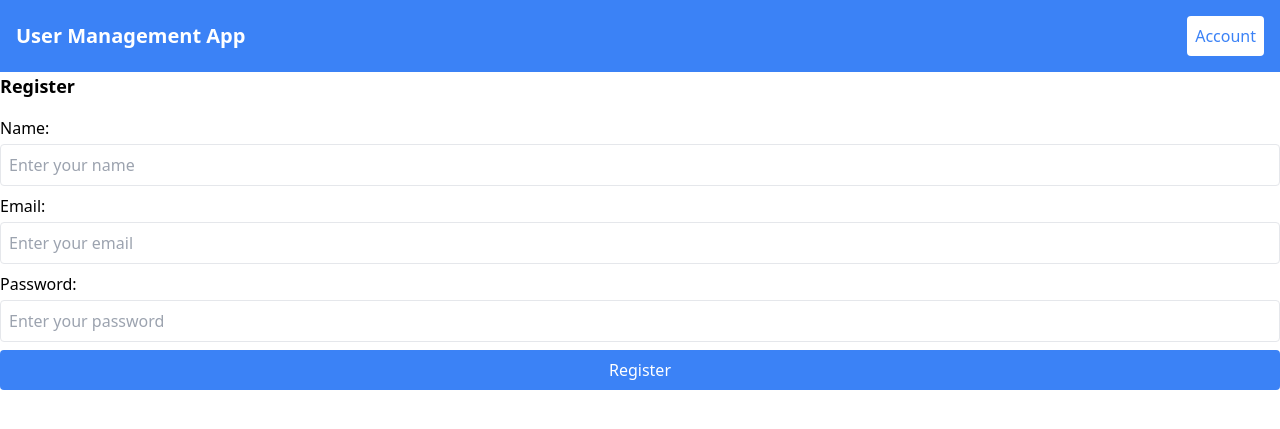
Repository: Ousman37/user-management-app
Page: /register (app in user-management-frontend/)
An editor plug-in stored every save of this project. The page is shown before and after a run of saves, followed by the edit.
The browser window is 1280 px wide. The pictures show the whole page.
The project was rebuilt for these pictures with package versions that can differ from the ones it lists, and the page was loaded fresh each time. Also part of the build but not shown: user-management-frontend/webpack.config.js, user-management-frontend/src/components/ProtectedPage.jsx, user-management-frontend/src/components/form/Login.jsx, user-management-frontend/src/components/LoginRegisterModal.jsx.

Above is the page before, as saved 2024-08-25 11:23:59.

### user-management-frontend/src/App.js
import React from "react";
import { Routes, Route } from "react-router-dom";
import Register from "./components/form/Register";
import ProtectedPage from "./components/ProtectedPage";
import Navbar from "./components/navigation/Navbar";

function App() {
  return (
    <>
      <Navbar />
      <Routes>
        <Route path="/register" element={<Register />} />
        <Route path="/protected" element={<ProtectedPage />} />
      </Routes>
    </>
  );
}

export default App;

### user-management-frontend/src/components/form/Register.jsx
import React, { useState } from "react";
import { useNavigate } from "react-router-dom";
import axios from "axios";

function Register({ onClose }) {
  const [name, setName] = useState("");
  const [email, setEmail] = useState("");
  const [password, setPassword] = useState("");
  const [error, setError] = useState("");
  const navigate = useNavigate();

  const handleSubmit = async (e) => {
    e.preventDefault();
    try {
      await axios.post("http://localhost:9000/api/register", {
        name,
        email,
        password,
      });
      navigate("/login");
      onClose(); // Close the modal on successful registration
    } catch (error) {
      setError("Error in registration");
    }
  };

  return (
    <div>
      <h2 className="text-lg font-bold mb-4">Register</h2>
      <form onSubmit={handleSubmit}>
        <label htmlFor="name" className="block font-medium mb-1">
          Name:
        </label>
        <input
          type="text"
          id="name"
          placeholder="Enter your name"
          value={name}
          onChange={(e) => setName(e.target.value)}
          className="block border rounded p-2 mb-2 w-full"
        />
        <label htmlFor="email" className="block font-medium mb-1">
          Email:
        </label>
        <input
          type="email"
          id="email"
          placeholder="Enter your email"
          value={email}
          onChange={(e) => setEmail(e.target.value)}
          className="block border rounded p-2 mb-2 w-full"
        />
        <label htmlFor="password" className="block font-medium mb-1">
          Password:
        </label>
        <input
          type="password"
          id="password"
          placeholder="Enter your password"
          value={password}
          onChange={(e) => setPassword(e.target.value)}
          className="block border rounded p-2 mb-2 w-full"
        />
        {error && <p className="text-red-500">{error}</p>}
        <button
          type="submit"
          className="bg-blue-500 text-white p-2 rounded w-full"
        >
          Register
        </button>
      </form>
    </div>
  );
}

export default Register;

### user-management-frontend/src/components/navigation/Navbar.jsx
import React, { useState } from "react";
import LoginRegisterModal from "../LoginRegisterModal";

function Navbar() {
  const [showModal, setShowModal] = useState(false);
  const [modalContent, setModalContent] = useState("login");

  const openModal = () => {
    setModalContent("login"); // Default to login when opening
    setShowModal(true);
  };

  const closeModal = () => {
    setShowModal(false);
  };

  return (
    <nav className="bg-blue-500 p-4">
      <div className="container mx-auto flex justify-between items-center">
        <div className="text-white font-bold text-xl">User Management App</div>
        <button
          onClick={openModal}
          className="bg-white text-blue-500 p-2 rounded"
        >
          Account
        </button>
      </div>
      {showModal && (
        <LoginRegisterModal
          content={modalContent}
          onClose={closeModal}
          onSwitch={setModalContent}
        />
      )}
    </nav>
  );
}

export default Navbar;
// import React, { useState } from "react";
// import LoginRegisterModal from "../LoginRegisterModal";
// import { Link } from "react-router-dom";

// function Navbar() {
//   const [showModal, setShowModal] = useState(false);
//   const [modalContent, setModalContent] = useState("login");

//   const openModal = (content) => {
//     setModalContent(content);
//     setShowModal(true);
//   };

//   const closeModal = () => {
//     setShowModal(false);
//   };

//   return (
//     <nav className="bg-blue-500 p-4">
//       <div className="container mx-auto flex justify-between items-center">
//         <div className="text-white font-bold text-xl">User Management App</div>
//         <div className="space-x-4 flex items-center">
//           <Link to="/protected" className="text-white">
//             Protected
//           </Link>
//           <button
//             onClick={() => openModal("login")}
//             className="bg-white text-blue-500 p-2 rounded"
//           >
//             Login
//           </button>
//           <button
//             onClick={() => openModal("register")}
//             className="bg-white text-blue-500 p-2 rounded"
//           >
//             Register
//           </button>
//         </div>
//       </div>
//       {showModal && (
//         <LoginRegisterModal
//           content={modalContent}
//           onClose={closeModal}
//           onSwitch={setModalContent}
//         />
//       )}
//     </nav>
//   );
// }

// export default Navbar;

Loaded but not shown: user-management-frontend/public/index.html (common file); user-management-frontend/src/index.js (common file); user-management-frontend/src/index.css (common file); user-management-frontend/tailwind.config.js (common file)

After the next 2 saves:
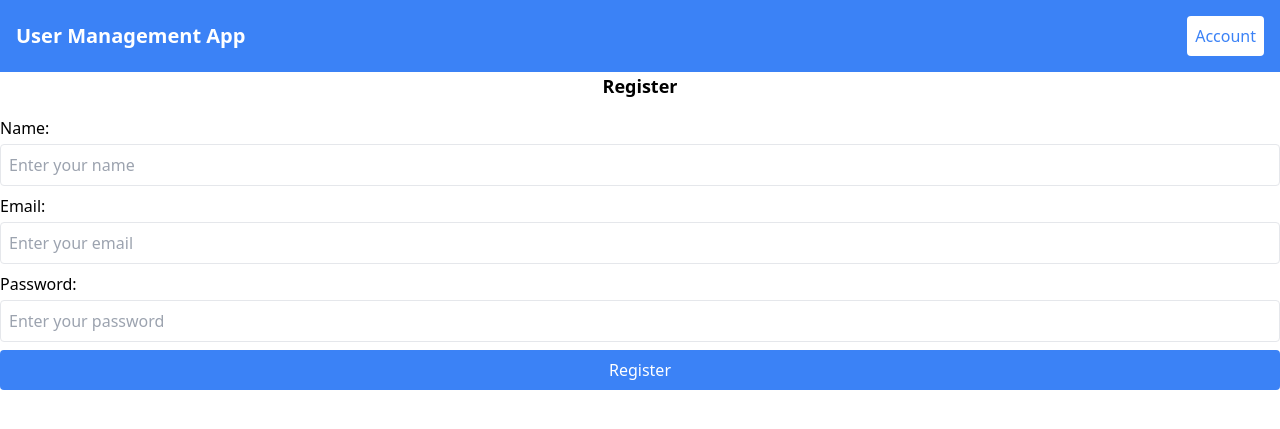
The 2 saves are shown as one change because they came seconds apart.
The last was saved 17 s later.
--- a/user-management-frontend/src/components/form/Register.jsx
+++ b/user-management-frontend/src/components/form/Register.jsx
@@ -26,7 +26,7 @@ function Register({ onClose }) {
 
   return (
     <div>
-      <h2 className="text-lg font-bold mb-4">Register</h2>
+      <h2 className="text-lg font-bold mb-4 text-center">Register</h2>
       <form onSubmit={handleSubmit}>
         <label htmlFor="name" className="block font-medium mb-1">
           Name:
